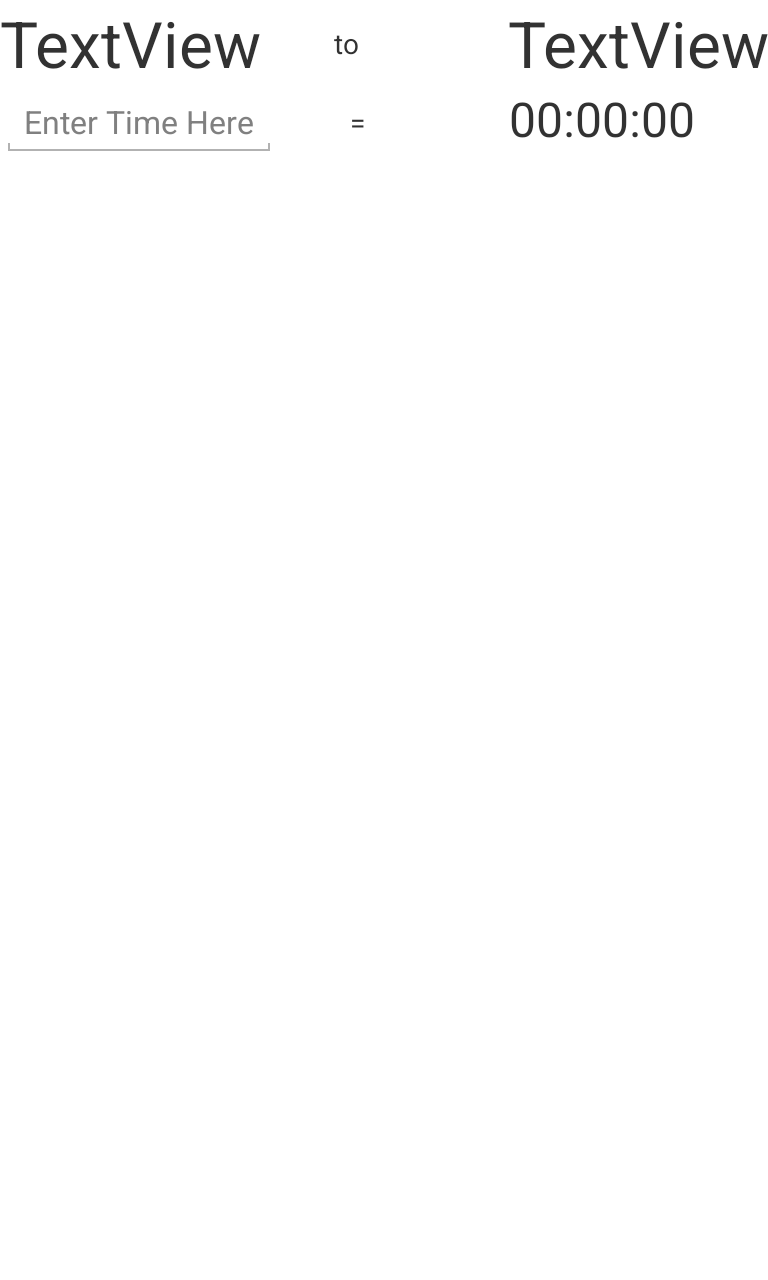
Repository: downinew/AndroidCoachesRaceTimer
Layout: CoachesRaceTimer/res/layout/convert_dialog.xml
An editor plug-in stored every save of this project. The layout is shown before and after the next save, followed by the edit.
It is drawn on a 768 x 1280 px phone screen (xhdpi) without system bars, with theme AppTheme; the app's code is not run.

Above is the layout before, as saved 2015-02-19 02:29:16.

### CoachesRaceTimer/res/layout/convert_dialog.xml
<?xml version="1.0" encoding="utf-8"?>
<LinearLayout xmlns:android="http://schemas.android.com/apk/res/android"
    android:layout_width="match_parent"
    android:layout_height="match_parent"
    android:orientation="vertical" >

    <LinearLayout
        android:layout_width="match_parent"
        android:layout_height="wrap_content"
        android:orientation="horizontal">

        <TextView
            android:id="@+id/convertItem1"
            android:layout_width="wrap_content"
            android:layout_gravity="start"
            android:layout_weight="1"
            android:textSize="32sp"
            android:layout_height="wrap_content"
            android:text="TextView" />

        <TextView
            android:id="@+id/toText"
            android:layout_width="wrap_content"
            android:layout_weight="1"
            android:layout_gravity="center"
            android:layout_height="wrap_content"
            android:text="to" />

        <TextView
            android:id="@+id/convertItem2"
            android:layout_width="wrap_content"
            android:layout_gravity="end"
            android:layout_weight="1"
            android:gravity="right"
            android:textSize="32sp"
            android:layout_height="wrap_content"
            android:text="TextView" />

    </LinearLayout>
    <LinearLayout
        android:layout_width="match_parent"
        android:layout_height="wrap_content"
        android:orientation="horizontal">

        <EditText
            android:id="@+id/convertTime1"
            android:layout_width="wrap_content"
            android:layout_height="wrap_content"
            android:layout_gravity="start"
            android:hint="Enter Time Here"
            android:textSize="16sp" />

        <TextView
            android:id="@+id/equalText"
            android:layout_width="wrap_content"
            android:layout_height="wrap_content"
            android:gravity="center"
            android:layout_gravity="center"
            android:layout_weight="1"
            android:text="=" />

        <TextView
            android:id="@+id/convertTime2"
            android:layout_width="wrap_content"
            android:layout_height="wrap_content"
            android:gravity="center"
            android:text="00:00:00"
            android:layout_weight="1"
            android:textSize="24sp" />

    </LinearLayout>




</LinearLayout>

Loaded but not shown: CoachesRaceTimer/res/values/styles.xml (common file); CoachesRaceTimer/res/values-v11/styles.xml (common file); CoachesRaceTimer/res/values-v14/styles.xml (common file)

After the next save:
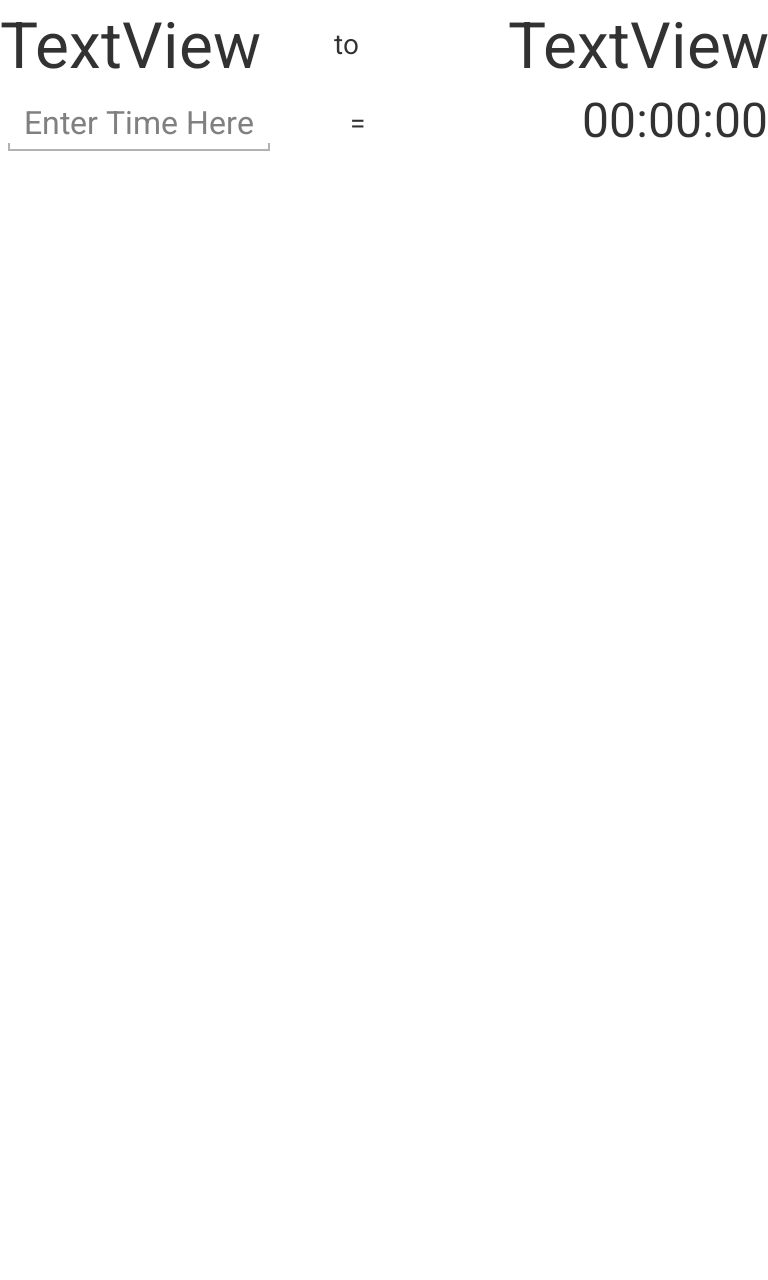
Saved 4 min 57 s later.
--- a/CoachesRaceTimer/res/layout/convert_dialog.xml
+++ b/CoachesRaceTimer/res/layout/convert_dialog.xml
@@ -63,7 +63,7 @@
             android:id="@+id/convertTime2"
             android:layout_width="wrap_content"
             android:layout_height="wrap_content"
-            android:gravity="center"
+            android:gravity="right"
             android:text="00:00:00"
             android:layout_weight="1"
             android:textSize="24sp" />
